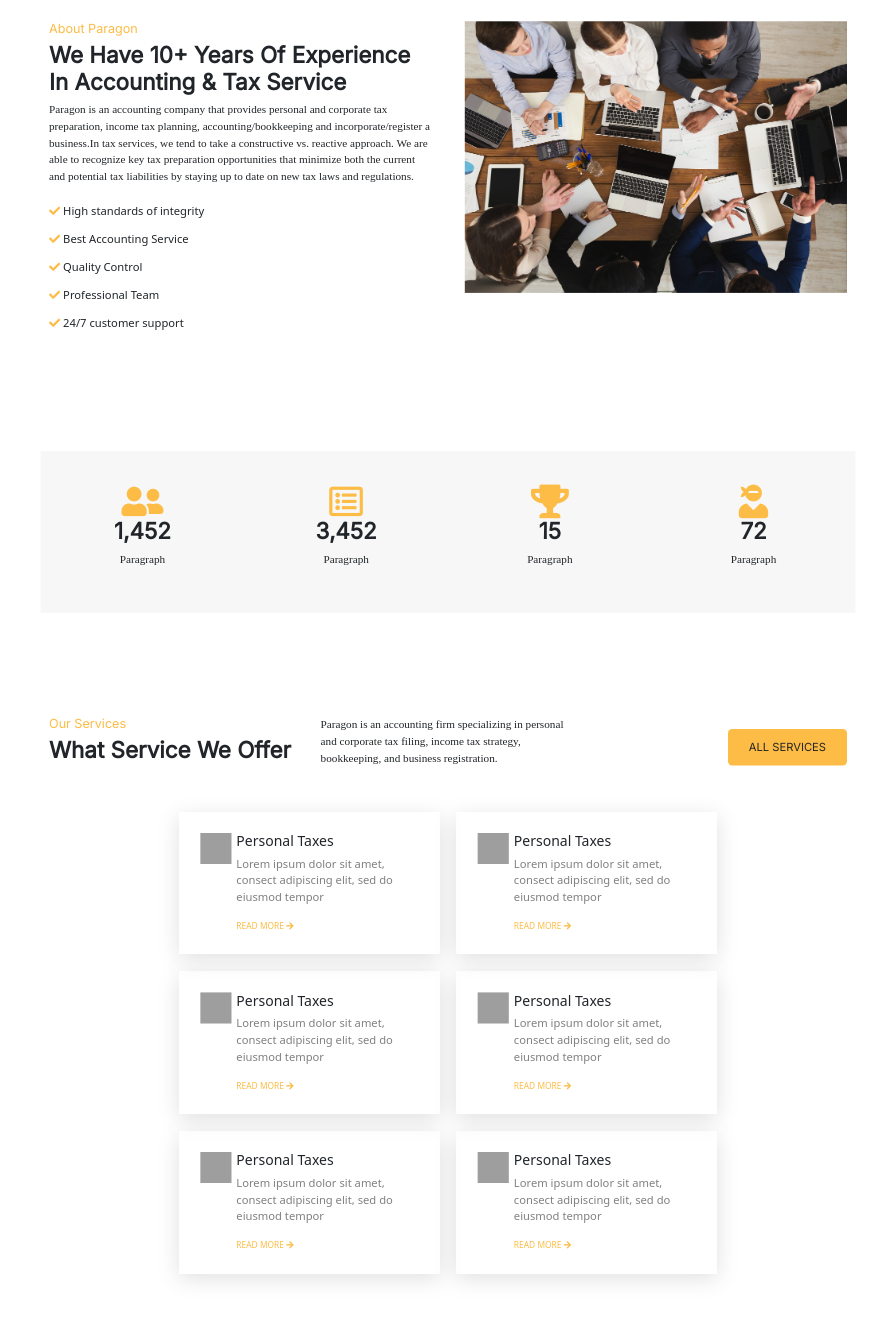
Repository: FailureMaster/paragonaccounting
Page: index.html
These files come from the project's save history. The page is drawn as it stood at one moment and after the next save; the edit follows.
The browser window is 1280 px wide. The pictures show the part of the page from y = 988 to 2908 px (the page is 2908 px tall before and 2812 px after), at 70% of full size.
Pictures or frames that could not be fetched are drawn as grey boxes. Some web fonts or font styles are not loaded; a fallback is used.

Above is the page before, as saved 2022-12-21 00:52:26.

### index.html
<!DOCTYPE html>
<html lang="en">

<head>
    <meta charset="utf-8">
    <meta name="viewport" content="width=device-width, initial-scale=1.0, shrink-to-fit=no">
    <title>new paragon homepage</title>
    <link rel="stylesheet" href="assets/bootstrap/css/bootstrap.min.css">
    <link rel="stylesheet" href="https://fonts.googleapis.com/css?family=Heebo&amp;display=swap">
    <link rel="stylesheet" href="https://fonts.googleapis.com/css?family=Inter&amp;display=swap">
    <link rel="stylesheet" href="https://fonts.googleapis.com/css?family=Inter+Tight&amp;display=swap">
    <link rel="stylesheet" href="assets/fonts/fontawesome-all.min.css">
    <link rel="stylesheet" href="assets/css/Navbar-Centered-Links-icons.css">
    <link rel="stylesheet" href="assets/css/styles.css">
</head>

<body>
    <div class="text-white d-flex justify-content-between container position-relative" style="z-index: 3; height: 21px; padding: 10px; margin-bottom: 15px;">
        <span><i class="fas fa-clock" style="color: #FCBC45;"></i> &nbsp;Opening: Mon - Fri 08:00 - 17:00</span>
        <ul class="list-inline">
            <li class="list-inline-item"><i class="fab fa-facebook-f"></i> </li>
            <li class="list-inline-item"><i class="fab fa-twitter"></i></li>
            <li class="list-inline-item"><i class="fab fa-pinterest"></i></li>
            <li class="list-inline-item"><i class="fab fa-instagram"></i></li>
        </ul>
    </div>

    <nav class="navbar navbar-dark navbar-expand-lg" style="z-index: 2;">
        <div class="container">
            <a class="navbar-brand d-flex align-items-center" href="#"><span><img src="assets/img/paragon_logo.png" style="width: 167px;"></span></a><button data-bs-toggle="collapse" class="navbar-toggler" data-bs-target="#navcol-3"><span class="visually-hidden">Toggle navigation</span><span class="navbar-toggler-icon"></span></button>
            <div class="collapse navbar-collapse" id="navcol-3">
                <ul class="navbar-nav navbar-nav-scroll mx-auto par-header-menu">
                    <li class="nav-item"><a class="nav-link active" href="#" style="--bs-primary: #FCBC45;--bs-primary-rgb: 252,188,69;">Home</a></li>
                    <li class="nav-item"><a class="nav-link" href="#">Services</a></li>
                    <li class="nav-item"><a class="nav-link" href="#">Contact Us</a></li>
                    <li class="nav-item"><a class="nav-link" href="#">About</a></li>
                    <li class="nav-item"><a class="nav-link" href="#">Documents</a></li>
                    <li class="nav-item"><a class="nav-link" href="#">Upload Docuemnts</a></li>
                </ul><button class="btn btn-primary text-uppercase par-btn" type="button" style="border-style: none;"><i class="fas fa-phone-alt" style="font-size: 17px;"></i>&nbsp;call us</button>
            </div>
        </div>
    </nav>

    <section style="background-image: url(https://templatekit.jegtheme.com/acctual/wp-content/uploads/sites/58/2021/03/successful-business-team-looking-at-camera-in-office.jpg);background-position: center center;background-repeat: no-repeat;background-size: cover;margin-top: -140px;margin-bottom: 0px;padding: 380px 0px 250px 0px;z-index: 0;position: relative;">
        <div style="height: 100%;width: 100%;top: 0;left: 0;position: absolute;background-color: #121212;opacity: 0.70;transition: background 0.3s, border-radius 0.3s, opacity 0.3s;border-style: none;border-color: rgba(33,37,41,0);"></div>
        <div class="text-white d-flex flex-column align-items-center container position-relative">
            <h1 class="text-center par-banner-h1">We Provide Best Accounting&nbsp;</h1>
            <h1 class="text-center par-banner-h1">&amp; Tax Service For You<br></h1>
            <p class="text-center par-banner-p" style="width: 439px;">We offer a wide array of services to ensure that we provide you well-integratedfinancial solutions. We are your one-stop-shop for all financial services needs.</p>
            <div class="d-flex align-items-center hero">
                <button class="btn btn-primary par-btn text-uppercase" type="button" style="border-style: none; height: 64px; padding: 20px 40px;">get a quote</button>
                <a id="play-video" class="video-play-button" href="#">
                    <span></span>
                </a>
                <button class="btn btn-primary text-uppercase" type="button" style="background: rgba(13,110,253,0);border-style: none;">&nbsp;Watch video</button>
            </div>
        </div>
    </section>

    <section class="container" style="padding: 100px 0px 100px 0px;">
        <div class="row gx-5 gy-5 row-cols-1 row-cols-sm-1 row-cols-md-1 row-cols-lg-1 row-cols-xl-2 row-cols-xxl-2">
            <div class="col about-paragon">
                <h4 class="par-h4">About Paragon</h4>
                <h2 class="par-h2">We Have 10+ Years Of Experience In Accounting &amp; Tax Service</h2>
                <p class="par-p">Paragon is an accounting company that provides personal and corporate tax preparation, income tax planning, accounting/bookkeeping and incorporate/register a business.In tax services, we tend to take a constructive vs. reactive approach. We are able to recognize key tax preparation opportunities that minimize both the current and potential tax liabilities by staying up to date on new tax laws and regulations.</p>
                <ul>
                    <li><i aria-hidden="true" class="fas fa-check"></i> High standards of integrity</li>
                    <li><i aria-hidden="true" class="fas fa-check"></i> Best Accounting Service</li>
                    <li><i aria-hidden="true" class="fas fa-check"></i> Quality Control</li>
                    <li><i aria-hidden="true" class="fas fa-check"></i> Professional Team</li>
                    <li><i aria-hidden="true" class="fas fa-check"></i> 24/7 customer support</li>
                </ul>
            </div>
            <div class="col"><img src="assets/img/about%20image.jpg" style="width: 100%;"></div>
        </div>
    </section>
    <section class="container pt-5 pb-5">
        <div class="row gx-5 gy-0 py-5" style="background: #f7f7f7;">
            <div class="col text-center"><i class="fas fa-user-friends par-counting-icon"></i>
                <h2 class="par-h2">1,452</h2>
                <p class="par-p">Paragraph</p>
            </div>
            <div class="col text-center"><i class="far fa-list-alt par-counting-icon"></i>
                <h2 class="par-h2"><strong>3,452</strong></h2>
                <p class="par-p">Paragraph</p>
            </div>
            <div class="col text-center"><i class="fas fa-trophy par-counting-icon"></i>
                <h2 class="par-h2">15</h2>
                <p class="par-p">Paragraph</p>
            </div>
            <div class="col text-center"><i class="fas fa-user-ninja par-counting-icon"></i>
                <h2 class="par-h2">72</h2>
                <p class="par-p">Paragraph</p>
            </div>
        </div>
    </section>
    <section class="container services">
        <div class="row mb-5">
            <div class="col">
                <h4 class="par-h4">Our Services</h4>
                <h2 class="par-h2">what service we offer</h2>
            </div>
            <div class="col">
                <p class="par-p">Paragon is an accounting firm specializing in personal and corporate tax filing, income tax strategy, bookkeeping, and business registration.</p>
            </div>
            <div class="col text-end align-self-center"><button class="btn btn-primary par-btn text-uppercase" type="button" style="border-style: none;">all services</button></div>
        </div>
        <div class="row justify-content-center service-offer">
            <div class="service-box">
                <div class="col-2" style="margin: 0px;">
                    <img src="https://templatekit.jegtheme.com/acctual/wp-content/uploads/sites/58/2021/03/personal.png" alt="Personal Taxes">
                </div>
                <div class="col-10">
                    <h3>Personal Taxes</h3>
                    <p>Lorem ipsum dolor sit amet, consect adipiscing elit, sed do eiusmod tempor</p>
                    <a href="#">read more <i aria-hidden="true" class="fas fa-arrow-right"></i></a>
                </div>
            </div>
            <div class="service-box">
                <div class="col-2">
                    <img src="https://templatekit.jegtheme.com/acctual/wp-content/uploads/sites/58/2021/03/personal.png" alt="Personal Taxes">
                </div>
                <div class="col-10">
                    <h3>Personal Taxes</h3>
                    <p>Lorem ipsum dolor sit amet, consect adipiscing elit, sed do eiusmod tempor</p>
                    <a href="#">read more <i aria-hidden="true" class="fas fa-arrow-right"></i></a>
                </div>
            </div>
            <div class="service-box">
                <div class="col-2">
                    <img src="https://templatekit.jegtheme.com/acctual/wp-content/uploads/sites/58/2021/03/personal.png" alt="Personal Taxes">
                </div>
                <div class="col-10">
                    <h3>Personal Taxes</h3>
                    <p>Lorem ipsum dolor sit amet, consect adipiscing elit, sed do eiusmod tempor</p>
                    <a href="#">read more <i aria-hidden="true" class="fas fa-arrow-right"></i></a>
                </div>
            </div>
            <div class="service-box">
                <div class="col-2">
                    <img src="https://templatekit.jegtheme.com/acctual/wp-content/uploads/sites/58/2021/03/personal.png" alt="Personal Taxes">
                </div>
                <div class="col-10">
                    <h3>Personal Taxes</h3>
                    <p>Lorem ipsum dolor sit amet, consect adipiscing elit, sed do eiusmod tempor</p>
                    <a href="#">read more <i aria-hidden="true" class="fas fa-arrow-right"></i></a>
                </div>
            </div>
            <div class="service-box">
                <div class="col-2">
                    <img src="https://templatekit.jegtheme.com/acctual/wp-content/uploads/sites/58/2021/03/personal.png" alt="Personal Taxes">
                </div>
                <div class="col-10">
                    <h3>Personal Taxes</h3>
                    <p>Lorem ipsum dolor sit amet, consect adipiscing elit, sed do eiusmod tempor</p>
                    <a href="#">read more <i aria-hidden="true" class="fas fa-arrow-right"></i></a>
                </div>
            </div>
            <div class="service-box">
                <div class="col-2">
                    <img src="https://templatekit.jegtheme.com/acctual/wp-content/uploads/sites/58/2021/03/personal.png" alt="Personal Taxes">
                </div>
                <div class="col-10">
                    <h3>Personal Taxes</h3>
                    <p>Lorem ipsum dolor sit amet, consect adipiscing elit, sed do eiusmod tempor</p>
                    <a href="#">read more <i aria-hidden="true" class="fas fa-arrow-right"></i></a>
                </div>
            </div>
        </div>
    </section>




    <script src="assets/bootstrap/js/bootstrap.min.js"></script>
</body>
</html>

### assets/css/Navbar-Centered-Links-icons.css
.bs-icon {
  --bs-icon-size: .75rem;
  display: flex;
  flex-shrink: 0;
  justify-content: center;
  align-items: center;
  font-size: var(--bs-icon-size);
  width: calc(var(--bs-icon-size) * 2);
  height: calc(var(--bs-icon-size) * 2);
  color: var(--bs-primary);
}

.bs-icon-xs {
  --bs-icon-size: 1rem;
  width: calc(var(--bs-icon-size) * 1.5);
  height: calc(var(--bs-icon-size) * 1.5);
}

.bs-icon-sm {
  --bs-icon-size: 1rem;
}

.bs-icon-md {
  --bs-icon-size: 1.5rem;
}

.bs-icon-lg {
  --bs-icon-size: 2rem;
}

.bs-icon-xl {
  --bs-icon-size: 2.5rem;
}

.bs-icon.bs-icon-primary {
  color: var(--bs-white);
  background: var(--bs-primary);
}

.bs-icon.bs-icon-primary-light {
  color: var(--bs-primary);
  background: rgba(var(--bs-primary-rgb), .2);
}

.bs-icon.bs-icon-semi-white {
  color: var(--bs-primary);
  background: rgba(255, 255, 255, .5);
}

.bs-icon.bs-icon-rounded {
  border-radius: .5rem;
}

.bs-icon.bs-icon-circle {
  border-radius: 50%;
}

### assets/css/styles.css
.par-header-menu {
  font-family: "Inter";
  font-size: 14px;
  font-weight: 500;
}

.par-header-menu a {
  padding: 0 18px;
  line-height: 1.3em;
  font-family: "Inter";
  font-size: 14px;
  font-weight: 500;
}

.par-banner-h1 {
  font-family: "Inter";
  font-size: 52px;
  font-weight: 600;
  line-height: 62.4px;
}

.par-banner-p {
  font-family: "Heebo";
  font-size: 16px;
  font-weight: 300;
  line-height: 24px;
}

.par-btn {
  color: #252425;
  background-color: #fcbc45;
  font-family: "Inter";
  font-weight: 500;
  font-size: 16px;
  padding: 14px 30px;
}

.par-h4 {
  color: #fcbc45;
  font-family: "Inter";
  font-size: 18px;
  font-weight: 500;
}

.par-h2 {
  font-family: "Inter";
  font-size: 32px;
  line-height: 38.4px;
  font-weight: 600;
  text-transform: capitalize;
}

.par-p {
  font-family: "Heebo";
  font-size: 16px;
  font-weight: 300;
  line-height: 24px;
}

.par-counting-icon {
  color: #fcbc45;
  font-size: 48px;
}

nav .container {
  background: rgb(122, 122, 122, 0.5);
  height: 84px;
  border-radius: 5px;
}

.play-video {
  height: 56px;
  width: 56px;
  align-items: center;
}

.play-video a {
  color: black;
}

.video-play-button {
  transform: translateX(-50%) translateY(-50%);
  box-sizing: content-box;
  display: inline-block;
  margin: 20px 10px 0px 60px;
  border-radius: 50%;
}

.video-play-button:before {
  content: "";
  position: absolute;
  z-index: 0;
  left: 50%;
  top: 50%;
  transform: translateX(-50%) translateY(-50%);
  display: block;
  width: 56px;
  height: 56px;
  background: gray;
  border-radius: 50%;
  animation: pulse-border 1500ms ease-out infinite;
}

.video-play-button:after {
  content: "";
  position: absolute;
  z-index: 1;
  left: 50%;
  top: 50%;
  transform: translateX(-50%) translateY(-50%);
  display: block;
  width: 56px;
  height: 56px;
  background: white;
  border-radius: 50%;
  transition: all 200ms;
}

.video-play-button:hover:after {
  background-color: #FCBC45;
}

.video-play-button img {
  position: relative;
  z-index: 3;
  max-width: 80%;
  width: auto;
  height: auto;
}

.video-play-button span {
  display: block;
  position: relative;
  z-index: 3;
  width: 0;
  height: 0;
  border-left: 18px solid black;
	border-top: 10px solid transparent;
	border-bottom: 10px solid transparent;
}

@keyframes pulse-border {
  0% {
    transform: translateX(-50%) translateY(-50%) translateZ(0) scale(1);
    opacity: 1;
  }
  100% {
    transform: translateX(-50%) translateY(-50%) translateZ(0) scale(1.5);
    opacity: 0;
  }
}

.about-paragon ul {
  padding: 0;

}

.about-paragon li {
  list-style: none;
  line-height: 2.5;
}

.about-paragon i {
  color: #FCBC45;
}


.services {
  padding: 100px 0px 100px 0px;
}

.service-offer {
  gap: 1.5rem;
}

.service-offer .service-box {
  width: 32%;
  padding: 30px;
  display: flex;
  box-shadow: rgba(100, 100, 111, 0.2) 0px 7px 29px 0px;
}

.service-offer img {
  height: 45px;
  width: 45px;
}

.service-box h3 {
  font-size: 20px;
}

.service-box p {
  color: gray;
}

.service-box a {
  text-decoration: none;
  text-transform: uppercase;
  color: #FCBC45;
  font-size: 12px;
}

Loaded but not shown: assets/bootstrap/css/bootstrap.min.css (library); assets/fonts/fontawesome-all.min.css (library); assets/bootstrap/js/bootstrap.min.js (library)

After the next save:
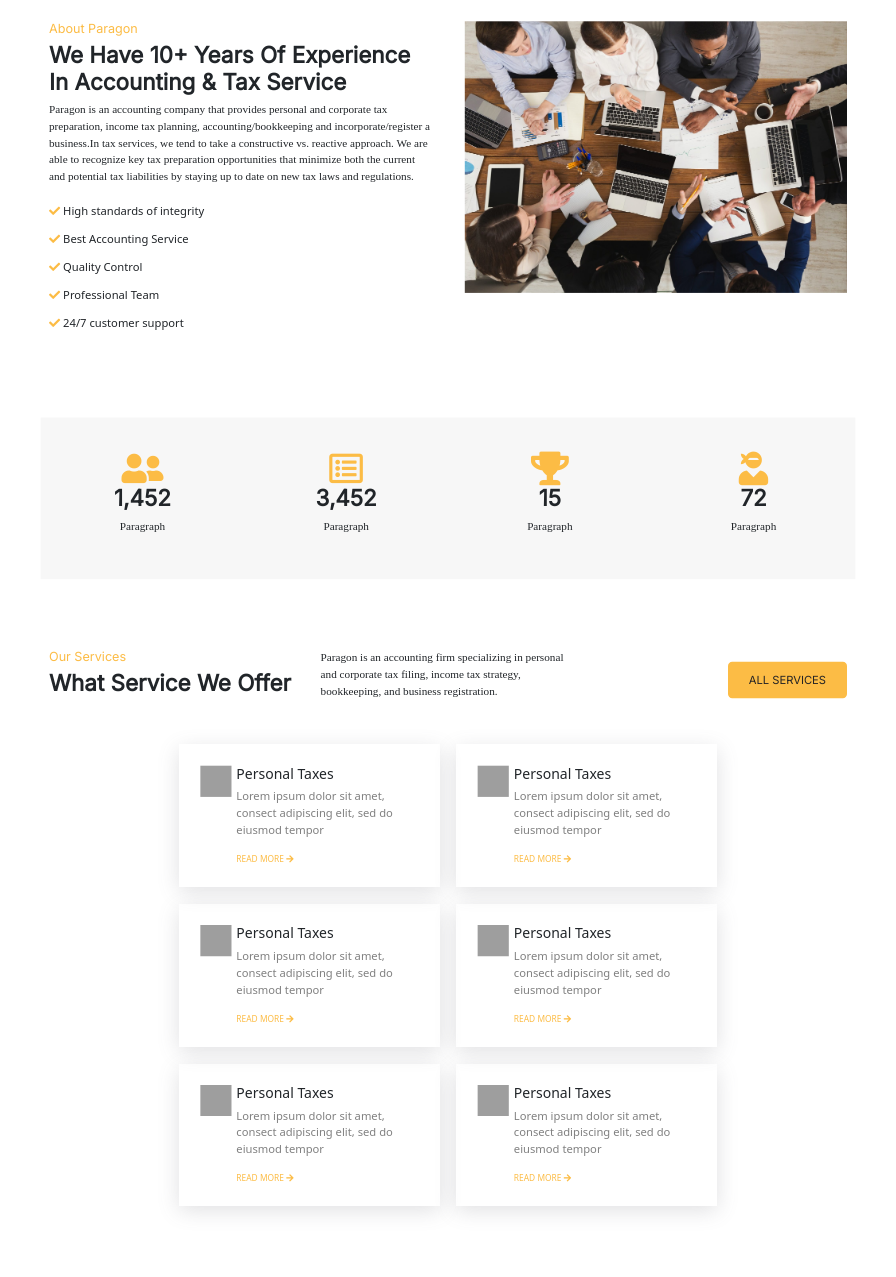
Saved 2 min 19 s later.
--- a/index.html
+++ b/index.html
@@ -74,7 +74,7 @@
             <div class="col"><img src="assets/img/about%20image.jpg" style="width: 100%;"></div>
         </div>
     </section>
-    <section class="container pt-5 pb-5">
+    <section class="container">
         <div class="row gx-5 gy-0 py-5" style="background: #f7f7f7;">
             <div class="col text-center"><i class="fas fa-user-friends par-counting-icon"></i>
                 <h2 class="par-h2">1,452</h2>
